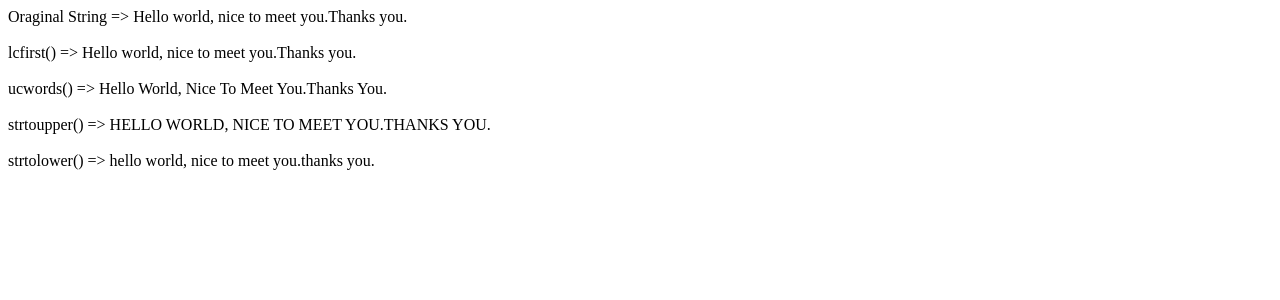
Repository: zinminkhantoo/assignment01
Page: http://localhost/String/printf_fprintf.php
These files come from the project's save history. The page is drawn as it stood at one moment and after the next save; the edit follows.
The browser window is 1280 px wide. The pictures show the whole page.
The page is run by PHP 8.4 with error messages shown; the project is at /var/www/html/.

Above is the page before, as saved 2020-04-12 09:44:24.

### Test/String/printf_fprintf.php
<?php
    $test = " Hello world, nice to meet you.Thanks you.";
    echo "Oraginal String => $test</br></br>";
    echo "lcfirst() => ".lcfirst($test)."</br></br>";
    echo "ucwords() => " .ucwords($test)."</br></br>";
    echo "strtoupper() => ".strtoupper($test)."</br></br>";
    echo "strtolower() => ".strtolower($test)."</br></br>";
?>

After the next save:
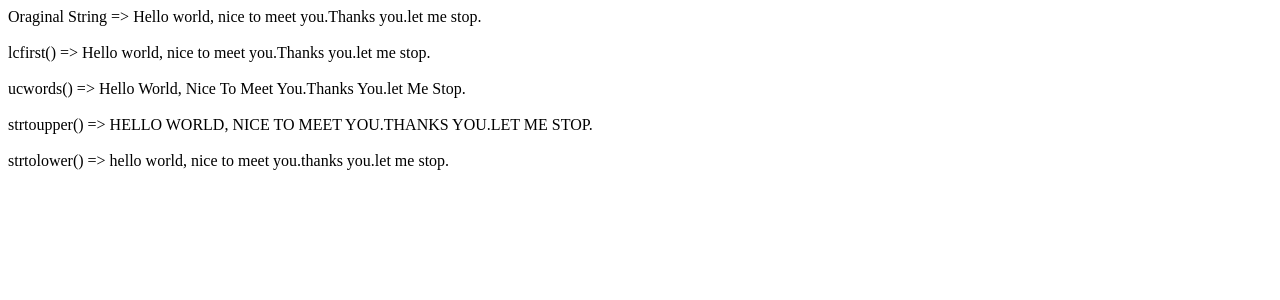
Saved 62 s later.
--- a/Test/String/printf_fprintf.php
+++ b/Test/String/printf_fprintf.php
@@ -1,5 +1,5 @@
 <?php
-    $test = " Hello world, nice to meet you.Thanks you.";
+    $test = " Hello world, nice to meet you.Thanks you.let me stop.";
     echo "Oraginal String => $test</br></br>";
     echo "lcfirst() => ".lcfirst($test)."</br></br>";
     echo "ucwords() => " .ucwords($test)."</br></br>";
